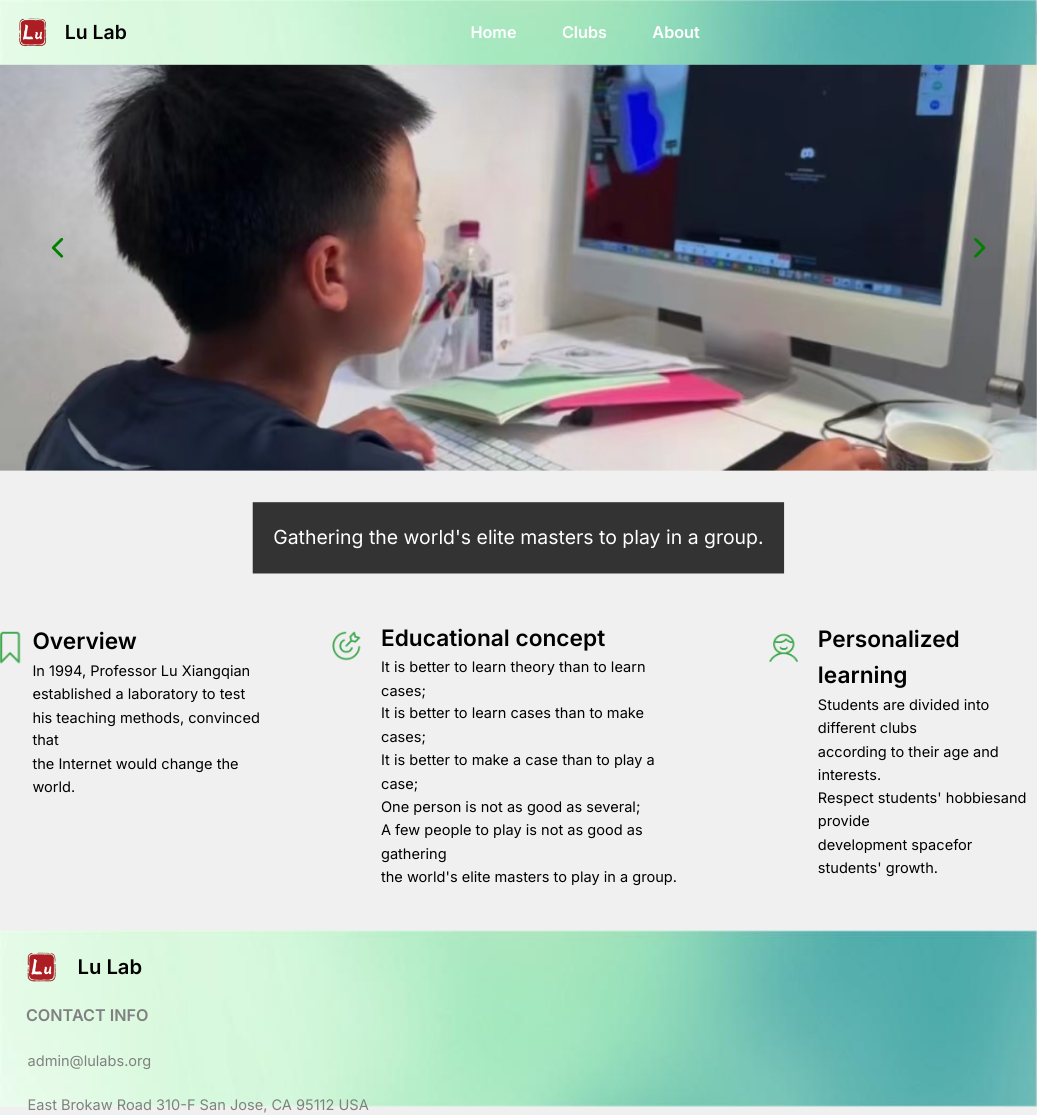
Repository: proflulab/lulab_website_next_js
Page: /
These files come from the project's save history. The page is drawn as it stood at one moment and after the next save; the edit follows.
The browser window is 1280 px wide. The pictures show the whole page, at 81% of full size.
The project was rebuilt for these pictures with package versions that can differ from the ones it lists, and the page was loaded fresh each time. The framework's server and built-in components were replaced by stand-ins that run in the browser. Also part of the build but not shown: next.config.js, next.config.mjs.

Above is the page before, as saved 2023-12-27 21:06:11.

After the next save:
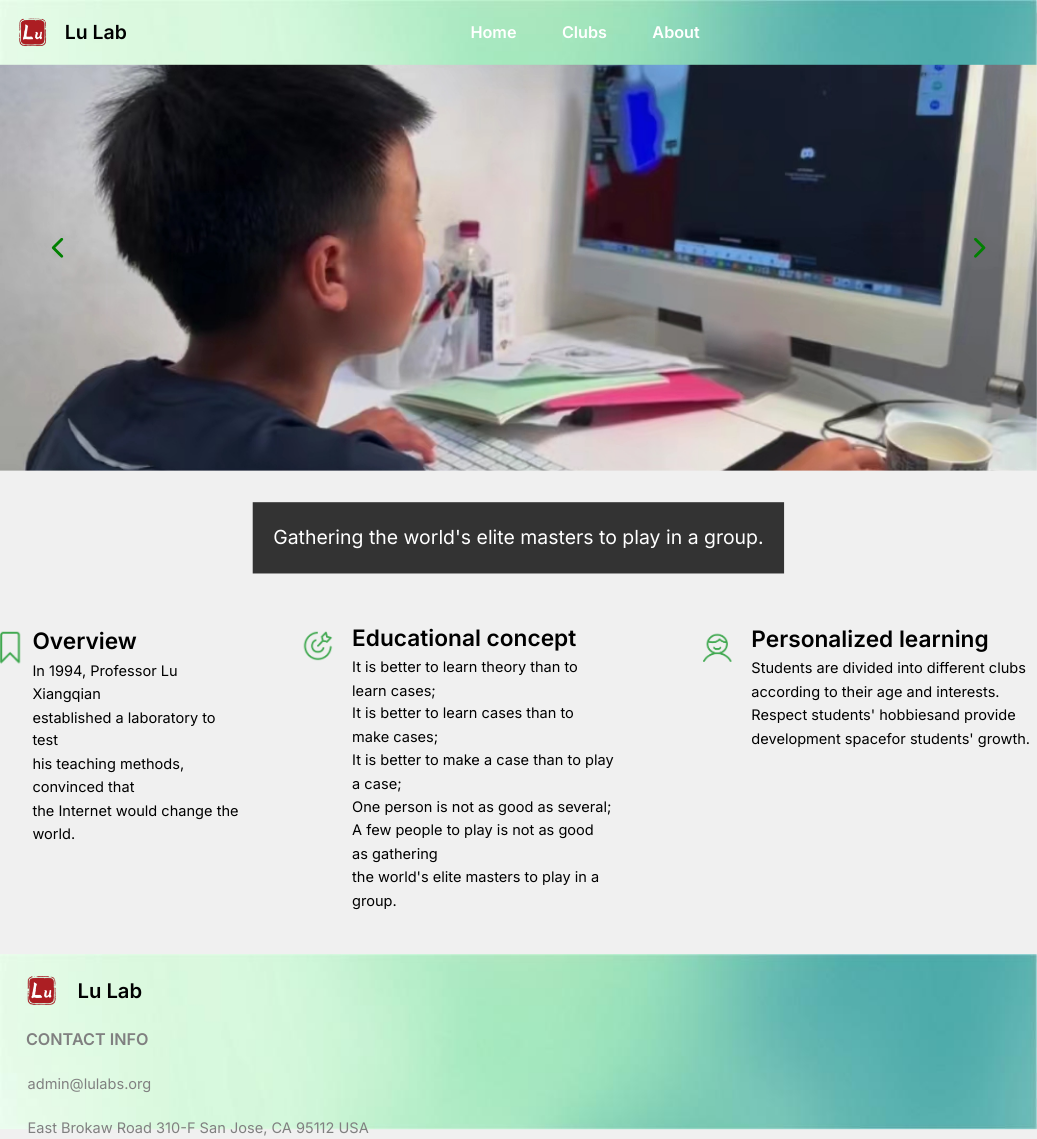
Saved 15 s later.
--- a/app/page.tsx
+++ b/app/page.tsx
@@ -363,7 +363,7 @@
                 </p>
               </div>
             </div>
-            <div style={{ flex: "1", marginLeft: "20px" }}>
+            <div style={{ flex: "1.4", marginLeft: "20px" }}>
               <Image src="/Person.png" alt="" width={35} height={35} />
               <div style={{ marginLeft: "60px" }}>
                 <p

After the save that followed:
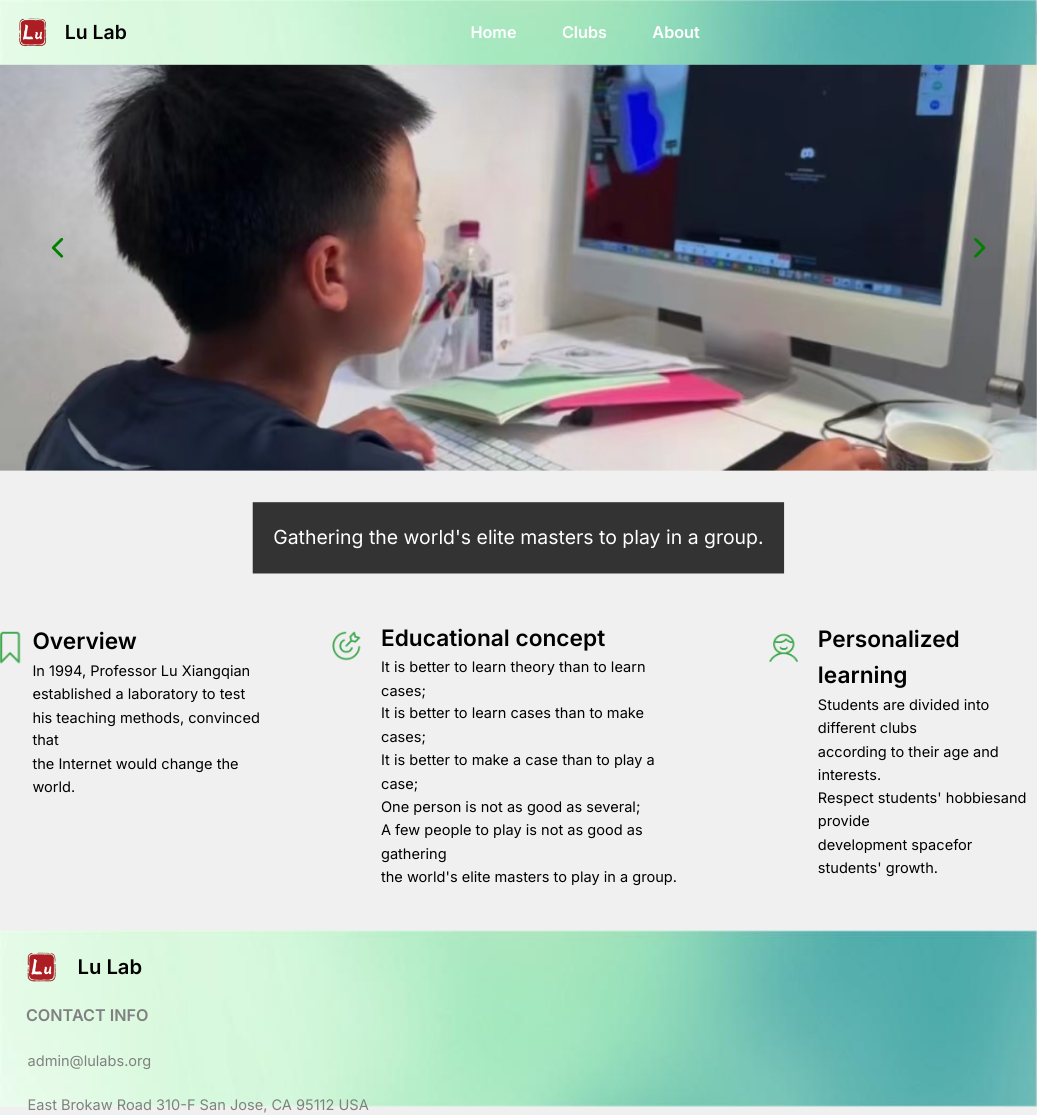
Saved 9 s later.
--- a/app/page.tsx
+++ b/app/page.tsx
@@ -363,7 +363,7 @@
                 </p>
               </div>
             </div>
-            <div style={{ flex: "1.4", marginLeft: "20px" }}>
+            <div style={{ flex: "1", marginLeft: "20px" }}>
               <Image src="/Person.png" alt="" width={35} height={35} />
               <div style={{ marginLeft: "60px" }}>
                 <p
